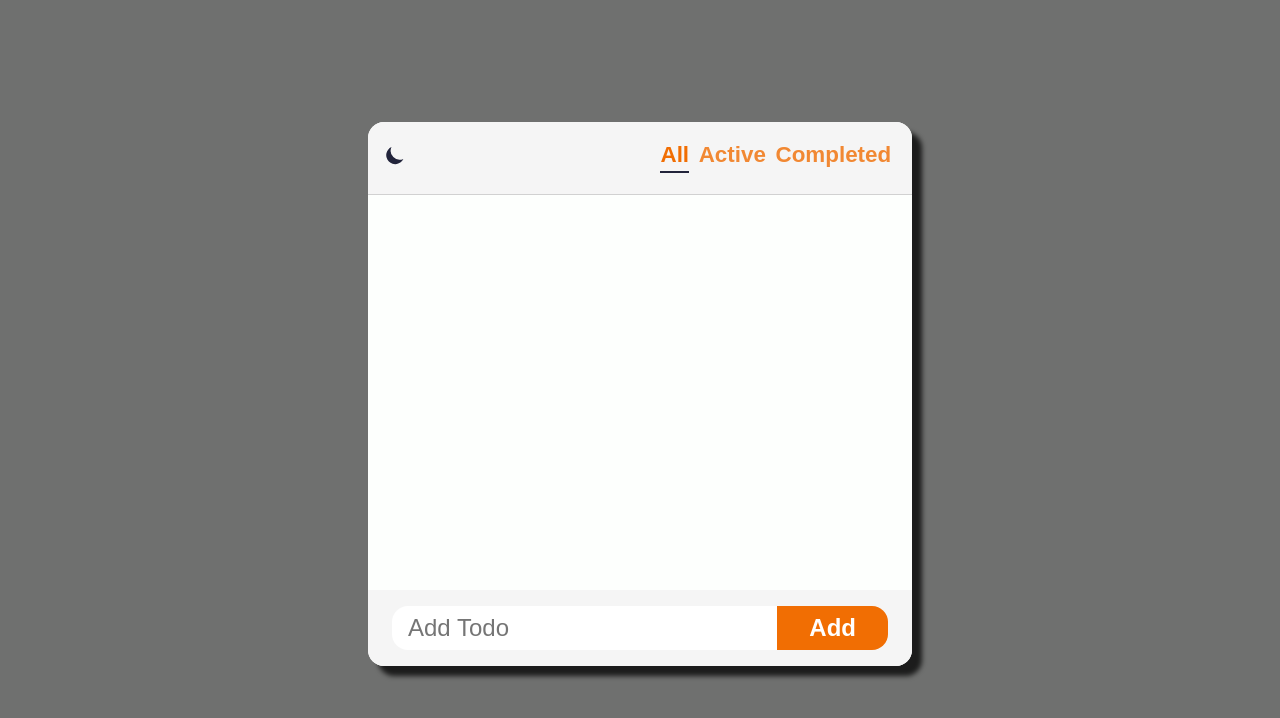
Repository: MrJinkyu/TodoList
Page: /
These files come from the project's save history. The page is drawn as it stood at one moment and after the next save; the edit follows.
The browser window is 1280 px wide. The pictures show the whole page.
The project was rebuilt for these pictures with package versions that can differ from the ones it lists, and the page was loaded fresh each time. Also part of the build but not shown: src/components/Todo.module.css, src/components/Todo.jsx.

Above is the page before, as saved 2023-05-01 16:53:05.

After the next save:
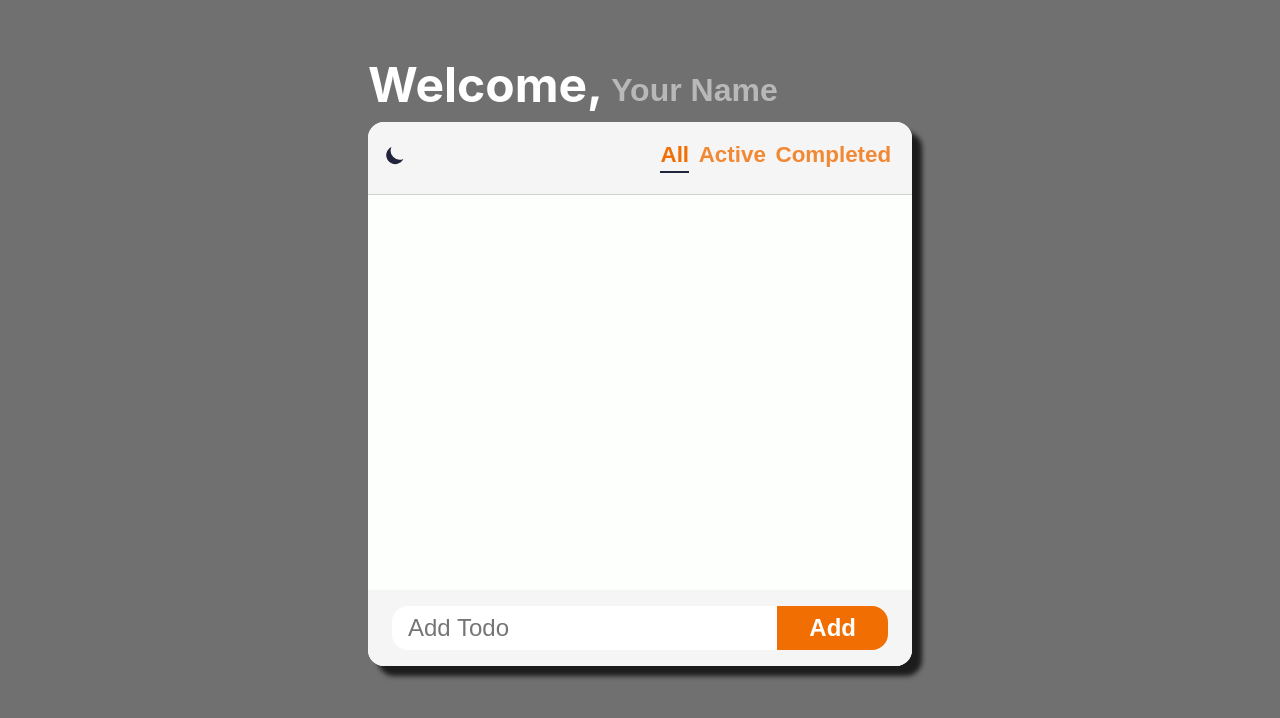
Saved 91 s later.
--- a/src/components/Greeting.module.css
+++ b/src/components/Greeting.module.css
@@ -5,7 +5,16 @@
     color: var(--color-white);
     font-size: 2rem;
     margin-bottom: 0.5rem;
-    opacity: 0;
+    animation: show 1s 1s forwards;
+}
+
+@keyframes show {
+    from{
+        opacity: 0;
+    }
+    to{
+        opacity: 1;
+    }
 }
 
 .text{
